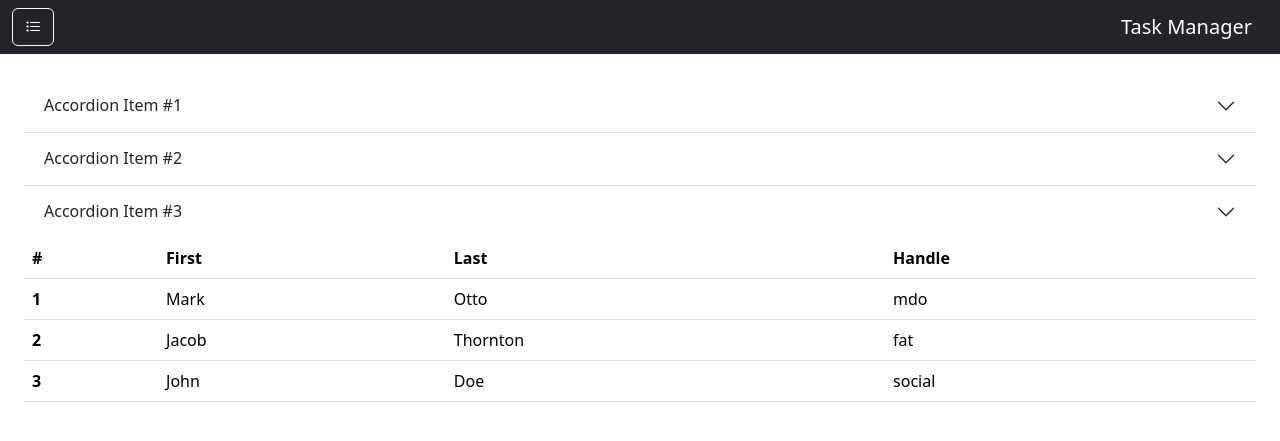
Repository: Barrakude/Angular_Project
Page: /task-list (app in test-finale/)
An editor plug-in stored every save of this project. The page is shown before and after the next save, followed by the edit.
The browser window is 1280 px wide. The pictures show the whole page.
The project was rebuilt for these pictures with package versions that can differ from the ones it lists, and the page was loaded fresh each time. Also part of the build but not shown: test-finale/angular.json, test-finale/src/app/features/board/board.component.ts, test-finale/src/app/features/board/doing/doing.component.ts, test-finale/src/app/shared/components/task-card/task-card.component.ts, test-finale/src/app/shared/interfaces/itask.ts, test-finale/src/app/shared/services/task-list.service.ts, test-finale/src/app/features/board/done/done.component.ts, test-finale/src/app/features/board/todo/todo.component.ts.

Above is the page before, as saved 2025-06-17 12:36:08.

### test-finale/src/index.html
<!doctype html>
<html lang="en">
<head>
  <meta charset="utf-8">
  <title>TaskManagementFe</title>
  <base href="/">
  <meta name="viewport" content="width=device-width, initial-scale=1">
  <link rel="icon" type="image/x-icon" href="favicon.ico">
</head>
<body>
  <tmg-root></tmg-root>
</body>
</html>

### test-finale/src/app/app.config.ts
import { ApplicationConfig, provideZoneChangeDetection } from '@angular/core';
import { provideRouter } from '@angular/router';

import { routes } from './app.routes';
import { provideHttpClient } from '@angular/common/http';

export const appConfig: ApplicationConfig = {
  providers: [
    provideZoneChangeDetection({ eventCoalescing: true }),
    provideRouter(routes),
    provideHttpClient()
  ]
};
// http client lo lascio , vi da errore se non rifate npm i

### test-finale/src/app/app.component.ts
import { TitleCasePipe } from '@angular/common';
import { Component } from '@angular/core';
import { RouterOutlet } from '@angular/router';
@Component({
  selector: 'tmg-root',
  imports: [
    RouterOutlet
  ],
  templateUrl: './app.component.html',
  styleUrl: './app.component.scss'
})
export class AppComponent {
  title = 'task-management-fe';
}

### test-finale/src/app/app.routes.ts
import { Routes } from '@angular/router';
import { BoardComponent } from './features/board/board.component';
import { TaskListComponent } from './features/task-list/task-list.component';
import { LayoutComponent } from './core/layout/layout.component';

export const routes: Routes = [

    {
        path:'',
        component:LayoutComponent,
        children:[
            {path:'', redirectTo:'/board',pathMatch:'full'},
            {path:'board', component:BoardComponent},
            {path:'task-list', component:TaskListComponent}
        ]
    },

];

### test-finale/src/app/app.component.html
<!-- mettete le cose vostre vi lascio router outlet , importate tutto poi :)  -->
<router-outlet></router-outlet>

### test-finale/src/app/features/task-list/task-list.component.ts
import { Component } from '@angular/core';

@Component({
  selector: 'tmg-task-list',
  imports: [],
  templateUrl: './task-list.component.html',
  styleUrl: './task-list.component.scss'
})
export class TaskListComponent {

}

### test-finale/src/app/core/layout/layout.component.ts
import { Component } from '@angular/core';
import { CommonModule } from '@angular/common';
import { RouterOutlet, RouterLink, RouterLinkActive } from '@angular/router';

@Component({
  selector: 'tmg-layout',
  standalone: true,
  imports: [
    CommonModule,
    RouterOutlet,
    RouterLink,
    RouterLinkActive
  ],
  templateUrl: './layout.component.html',
  styleUrl: './layout.component.scss'
})
export class LayoutComponent {
  sidebarOpen = false;

  toggleSidebar(): void {
    this.sidebarOpen = !this.sidebarOpen;
  }
}

### test-finale/src/app/features/task-list/task-list.component.html
<div class="accordion accordion-flush" id="accordionFlushExample">
  <div class="accordion-item">
    <h2 class="accordion-header">
      <button class="accordion-button collapsed" type="button" data-bs-toggle="collapse" data-bs-target="#flush-collapseOne" aria-expanded="false" aria-controls="flush-collapseOne">
        Accordion Item #1
      </button>
    </h2>
    <div id="flush-collapseOne" class="accordion-collapse collapse" data-bs-parent="#accordionFlushExample">
      <div class="accordion-body">Placeholder content for this accordion, which is intended to demonstrate the <code>.accordion-flush</code> class. This is the first item’s accordion body.</div>
    </div>
  </div>
  <div class="accordion-item">
    <h2 class="accordion-header">
      <button class="accordion-button collapsed" type="button" data-bs-toggle="collapse" data-bs-target="#flush-collapseTwo" aria-expanded="false" aria-controls="flush-collapseTwo">
        Accordion Item #2
      </button>
    </h2>
    <div id="flush-collapseTwo" class="accordion-collapse collapse" data-bs-parent="#accordionFlushExample">
      <div class="accordion-body">Placeholder content for this accordion, which is intended to demonstrate the <code>.accordion-flush</code> class. This is the second item’s accordion body. Let’s imagine this being filled with some actual content.</div>
    </div>
  </div>
  <div class="accordion-item">
    <h2 class="accordion-header">
      <button class="accordion-button collapsed" type="button" data-bs-toggle="collapse" data-bs-target="#flush-collapseThree" aria-expanded="false" aria-controls="flush-collapseThree">
        Accordion Item #3
      </button>
    </h2>
    <div id="flush-collapseThree" class="accordion-collapse collapse" data-bs-parent="#accordionFlushExample">
      <div class="accordion-body">Placeholder content for this accordion, which is intended to demonstrate the <code>.accordion-flush</code> class. This is the third item’s accordion body. Nothing more exciting happening here in terms of content, but just filling up the space to make it look, at least at first glance, a bit more representative of how this would look in a real-world application.</div>
    </div>
  </div>
</div>
<table class="table">
  <thead>
    <tr>
      <th scope="col">#</th>
      <th scope="col">First</th>
      <th scope="col">Last</th>
      <th scope="col">Handle</th>
    </tr>
  </thead>
  <tbody>
    <tr>
      <th scope="row">1</th>
      <td>Mark</td>
      <td>Otto</td>
      <td>mdo</td>
    </tr>
    <tr>
      <th scope="row">2</th>
      <td>Jacob</td>
      <td>Thornton</td>
      <td>fat</td>
    </tr>
    <tr>
      <th scope="row">3</th>
      <td>John</td>
      <td>Doe</td>
      <td>social</td>
    </tr>
  </tbody>
</table>

### test-finale/src/app/core/layout/layout.component.html
<div class="d-flex flex-column vh-100">
    <!-- Navbar -->
    <nav class="navbar navbar-expand-lg navbar-dark bg-dark fixed-top">
        <div class="container-fluid">
            <button class="btn btn-outline-light me-3" type="button" (click)="toggleSidebar()">
                <i class="bi bi-list-task"></i>
            </button>
            <span class="navbar-brand mb-0 h1">Task Manager</span>
        </div>
    </nav>

    <!-- Sidebar -->
    <div class="offcanvas offcanvas-start" [class.show]="sidebarOpen" tabindex="-1" style="top: 56px; height: calc(100vh - 56px);">
        <div class="offcanvas-body p-0">
            <ul class="list-group list-group-flush">
                <li class="list-group-item border-0">
                    <a routerLink="/board" routerLinkActive="active" class="nav-link text-dark">
                        <i class="fas fa-columns me-2"></i>
                        Board
                    </a>
                </li>
                <li class="list-group-item border-0">
                    <a routerLink="/task-list" routerLinkActive="active" class="nav-link text-dark">
                        <i class="fas fa-list-ul me-2"></i>
                        Task List
                    </a>
                </li>
            </ul>
        </div>
    </div>

    <!-- Main Content -->
    <main class="flex-grow-1" [style.margin-left.px]="sidebarOpen ? 250 : 0" style="margin-top: 56px; transition: margin-left 0.3s ease;">
        <div class="container-fluid p-4">
            <router-outlet></router-outlet>
        </div>
    </main>
</div>

<style>
.offcanvas {
    width: 250px !important;
    transition: transform 0.3s ease;
}

.nav-link.active {
    background-color: #0d6efd !important;
    color: white !important;
    border-radius: 0.375rem;
    margin: 0 10px;
}

@media (max-width: 768px) {
    main {
        margin-left: 0 !important;
    }
}
</style>

Loaded but not shown: test-finale/src/styles.scss (common file); test-finale/src/main.ts (common file); test-finale/src/app/app.component.scss (no stored copy; drawn as an empty file); test-finale/src/app/core/layout/layout.component.scss (no stored copy; drawn as an empty file); test-finale/src/app/features/task-list/task-list.component.scss (no stored copy; drawn as an empty file)

After the next save:
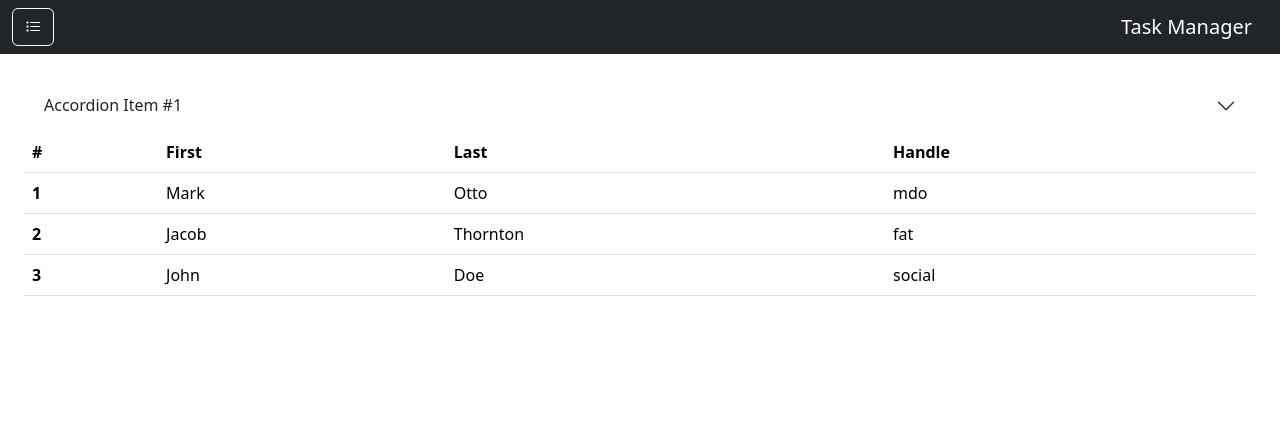
Saved 30 s later.
--- a/test-finale/src/app/features/task-list/task-list.component.html
+++ b/test-finale/src/app/features/task-list/task-list.component.html
@@ -7,26 +7,6 @@
     </h2>
     <div id="flush-collapseOne" class="accordion-collapse collapse" data-bs-parent="#accordionFlushExample">
       <div class="accordion-body">Placeholder content for this accordion, which is intended to demonstrate the <code>.accordion-flush</code> class. This is the first item’s accordion body.</div>
-    </div>
-  </div>
-  <div class="accordion-item">
-    <h2 class="accordion-header">
-      <button class="accordion-button collapsed" type="button" data-bs-toggle="collapse" data-bs-target="#flush-collapseTwo" aria-expanded="false" aria-controls="flush-collapseTwo">
-        Accordion Item #2
-      </button>
-    </h2>
-    <div id="flush-collapseTwo" class="accordion-collapse collapse" data-bs-parent="#accordionFlushExample">
-      <div class="accordion-body">Placeholder content for this accordion, which is intended to demonstrate the <code>.accordion-flush</code> class. This is the second item’s accordion body. Let’s imagine this being filled with some actual content.</div>
-    </div>
-  </div>
-  <div class="accordion-item">
-    <h2 class="accordion-header">
-      <button class="accordion-button collapsed" type="button" data-bs-toggle="collapse" data-bs-target="#flush-collapseThree" aria-expanded="false" aria-controls="flush-collapseThree">
-        Accordion Item #3
-      </button>
-    </h2>
-    <div id="flush-collapseThree" class="accordion-collapse collapse" data-bs-parent="#accordionFlushExample">
-      <div class="accordion-body">Placeholder content for this accordion, which is intended to demonstrate the <code>.accordion-flush</code> class. This is the third item’s accordion body. Nothing more exciting happening here in terms of content, but just filling up the space to make it look, at least at first glance, a bit more representative of how this would look in a real-world application.</div>
     </div>
   </div>
 </div>
